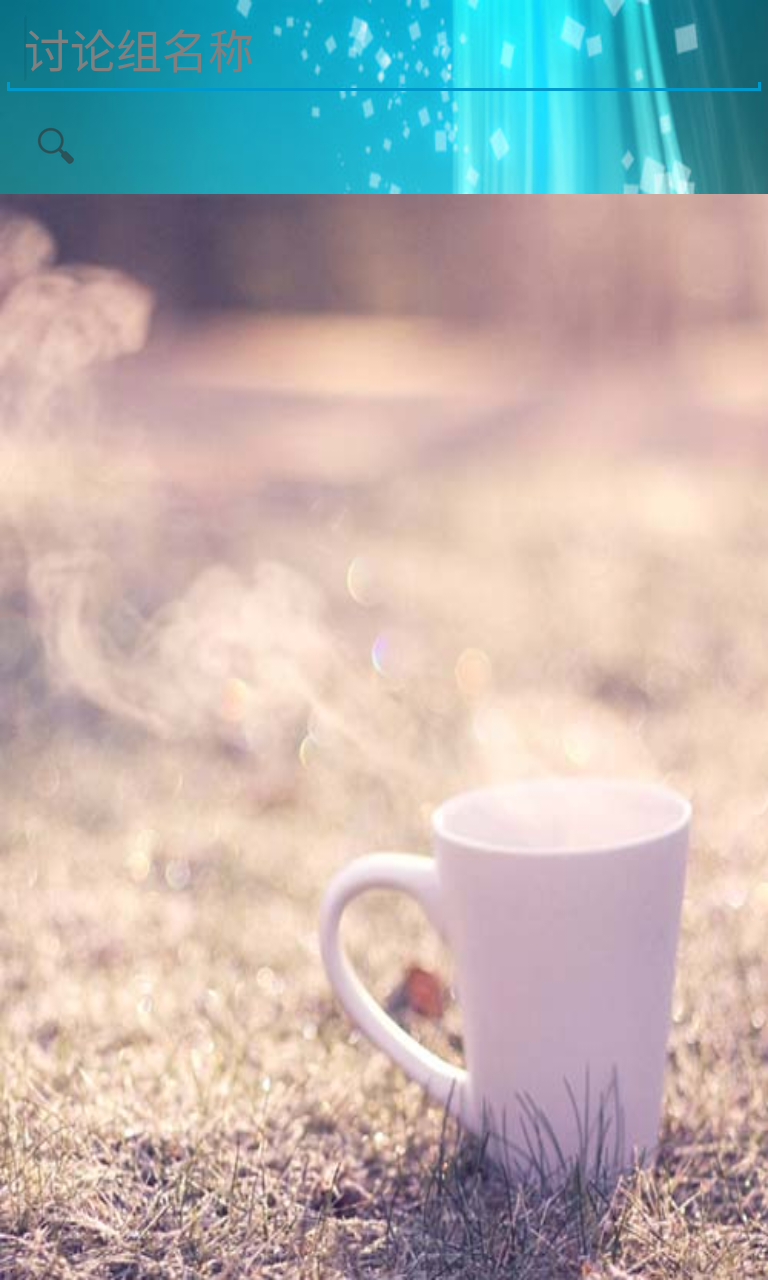
Repository: aojue/HappyAA
Layout: HappyAA/res/layout/creat_tell.xml
An editor plug-in stored every save of this project. The layout is shown before and after the next save, followed by the edit.
It is drawn on a 768 x 1280 px phone screen (xhdpi) without system bars, with theme AppTheme; the app's code is not run. Lists and similar views that code fills are empty.

Above is the layout before, as saved 2014-10-26 03:01:01.

### HappyAA/res/layout/creat_tell.xml
<?xml version="1.0" encoding="utf-8"?>

    <LinearLayout xmlns:android="http://schemas.android.com/apk/res/android"
        xmlns:tools="http://schemas.android.com/tools"
        android:id="@+id/Linearlayout2"
        android:layout_width="match_parent"
        android:layout_height="wrap_content"
        android:orientation="vertical"
        tools:context=".CreatTell"
    	android:background="@drawable/ic_lb_a">

        <EditText
            android:id="@+id/editText1"
            android:layout_width="match_parent"
            android:layout_height="wrap_content"
            android:ems="10"
            android:hint="讨论组名称"
            android:inputType="text"
            android:textSize="23sp"
            android:layout_gravity="center_vertical">

            <requestFocus />
        </EditText>

        <SearchView
            android:id="@+id/searchView1"
            android:layout_width="wrap_content"
            android:layout_height="wrap_content">
        </SearchView>

        <ListView
                android:id="@+id/ls_people"
                android:layout_width="fill_parent"
                android:layout_height="fill_parent"
                android:layout_marginBottom="0dp"
                android:layout_weight="1"
                android:cacheColorHint="#00000000"
        		android:dividerHeight="0dp"
        		android:focusableInTouchMode="true"
        		android:background="@drawable/ic_lb_c">
            </ListView>

    </LinearLayout>

Loaded but not shown: HappyAA/res/values/styles.xml (common file); HappyAA/res/values-v11/styles.xml (common file); HappyAA/res/values-v14/styles.xml (common file)

After the next save:
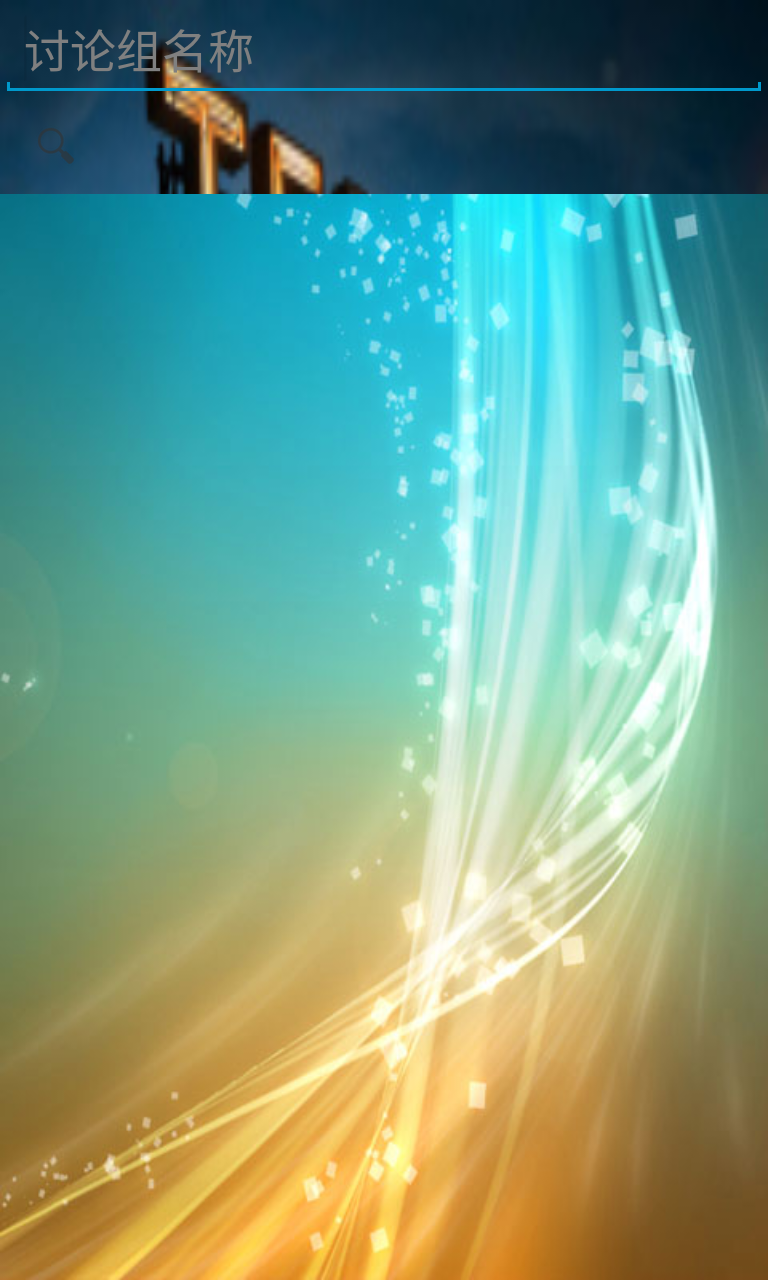
Saved 38 s later.
--- a/HappyAA/res/layout/creat_tell.xml
+++ b/HappyAA/res/layout/creat_tell.xml
@@ -7,7 +7,7 @@
         android:layout_height="wrap_content"
         android:orientation="vertical"
         tools:context=".CreatTell"
-    	android:background="@drawable/ic_lb_a">
+    	android:background="@drawable/ic_lb_d">
 
         <EditText
             android:id="@+id/editText1"
@@ -37,7 +37,7 @@
                 android:cacheColorHint="#00000000"
         		android:dividerHeight="0dp"
         		android:focusableInTouchMode="true"
-        		android:background="@drawable/ic_lb_c">
+        		android:background="@drawable/ic_lb_a">
             </ListView>
 
     </LinearLayout>
